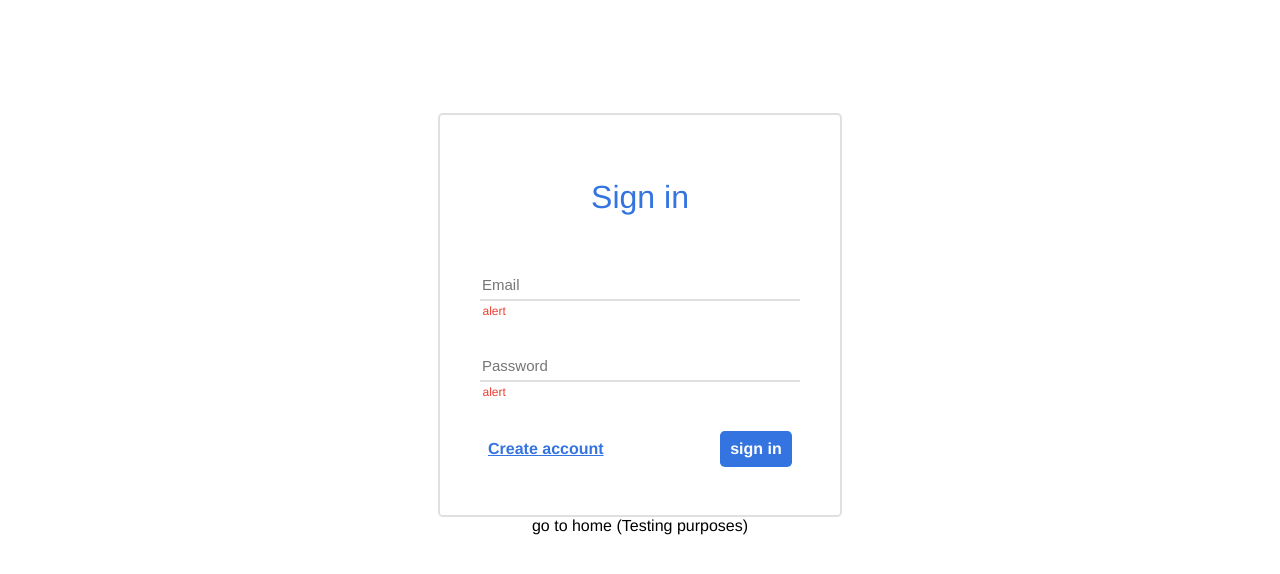
Repository: MohannadSoliman/mail-server-web
Page: / (app in frontend/)
These files come from the project's save history. The page is drawn as it stood at one moment and after the next save; the edit follows.
The browser window is 1280 px wide. The pictures show the whole page.
The project was rebuilt for these pictures with package versions that can differ from the ones it lists, and the page was loaded fresh each time. Also part of the build but not shown: frontend/src/views/signUp.vue, frontend/src/components/sideMenu/folder.vue, frontend/src/components/sideNav.vue, frontend/src/components/header/searchBar.vue, frontend/src/components/header.vue, frontend/src/components/controlBar.vue, frontend/src/components/compose.vue, frontend/src/components/compose/emailCard.vue and 1 more.

Above is the page before, as saved 2020-12-21 22:25:02.

After the next save:
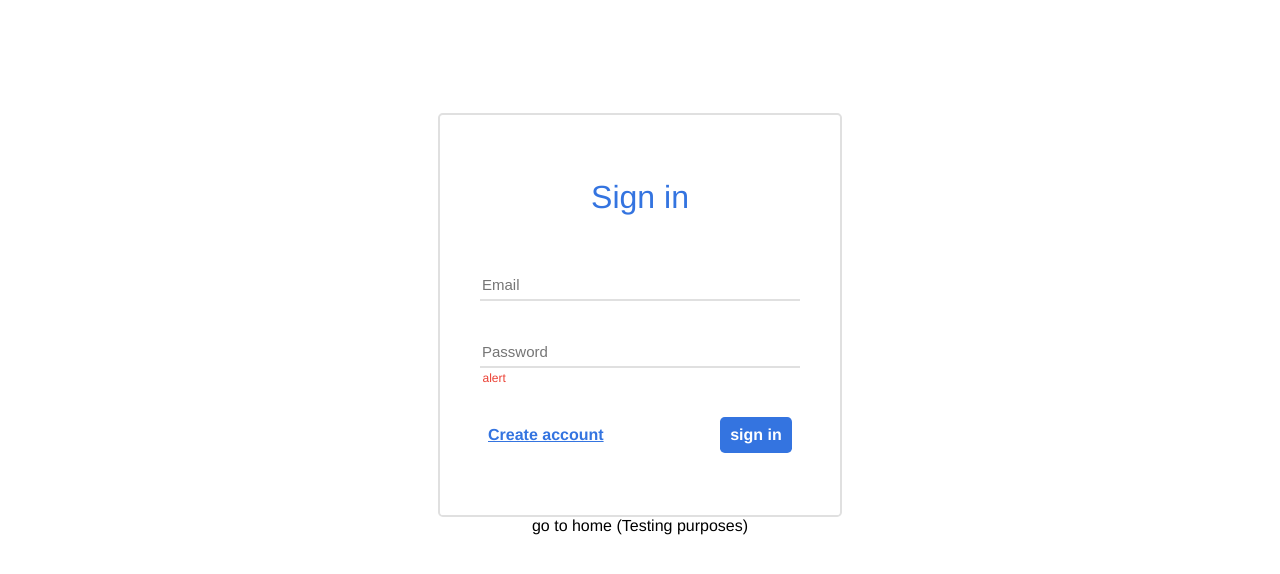
Saved 27 s later.
--- a/frontend/src/views/signIn.vue
+++ b/frontend/src/views/signIn.vue
@@ -4,7 +4,7 @@
       <div id="sign-in-form">
         <h1 id="login-label">Sign in</h1>
         <input id ="email" placeholder="Email" type="text" @keydown="Check()">
-        <div class="alert" id="signIn-email-alert">alert</div>
+        <div class="alert" id="signIn-email-alert"></div>
         <input id="pass" placeholder="Password" type="password">
         <div class="alert" id="signIn-password-alert">alert</div>
         <div class="nav">
